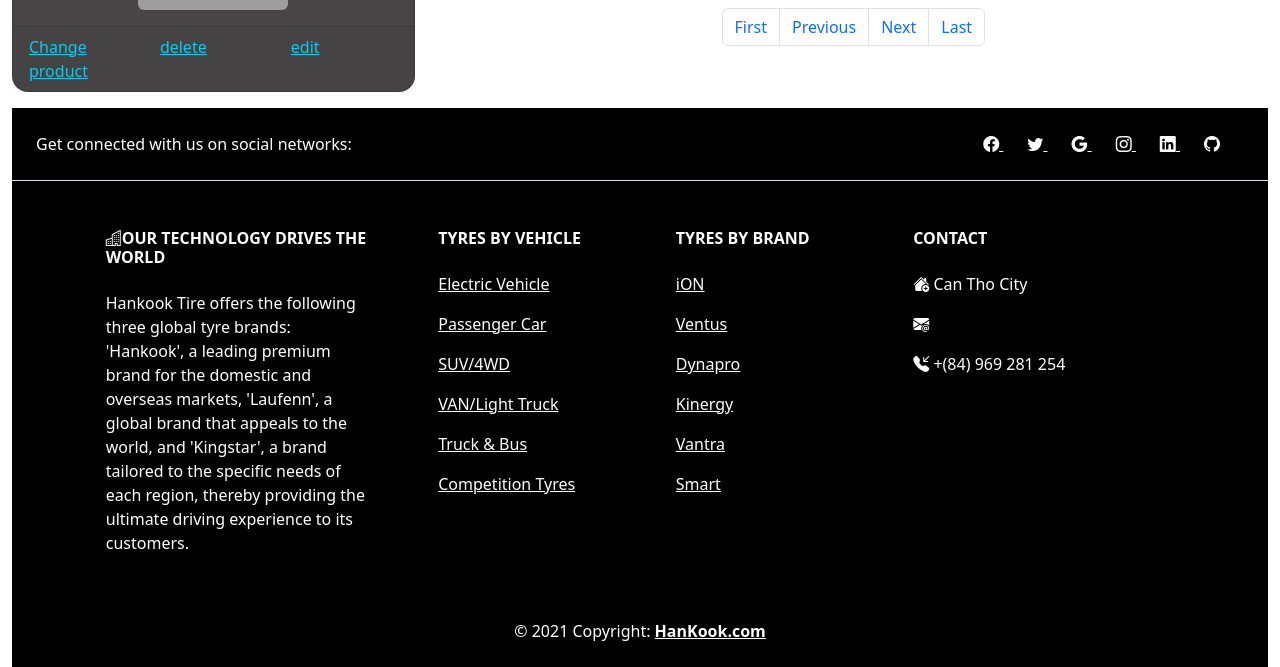
Repository: TrungAug/JAVA4
Page: myWeb/templates/editor.html
An editor plug-in stored every save of this project. The page is shown before and after the next save, followed by the edit.
The browser window is 1280 px wide. The pictures show the part of the page from y = 740 to 1407 px (the page is 1407 px tall).
Pictures or frames that could not be fetched are drawn as grey boxes. A picture or video elsewhere on the page could not be fetched, so the positions and the page height are approximate.

Above is the page before, as saved 2023-11-15 19:46:43.

### myWeb/templates/editor.html
<!DOCTYPE html>
<html lang="en">

<head>
    <meta charset="UTF-8">
    <meta name="viewport" content="width=device-width, initial-scale=1.0">
    <title>Java4</title>
    <link href="https://cdn.jsdelivr.net/npm/bootstrap@5.3.2/dist/css/bootstrap.min.css" rel="stylesheet"
        integrity="sha384-T3c6CoIi6uLrA9TneNEoa7RxnatzjcDSCmG1MXxSR1GAsXEV/Dwwykc2MPK8M2HN" crossorigin="anonymous">
    <link rel="stylesheet" href="https://cdn.jsdelivr.net/npm/bootstrap-icons@1.11.0/font/bootstrap-icons.css">
</head>

<body class="d-flex flex-column justify-content-between" style="height: 100vh;">
    <div class="container-fluid">
        <header>
            <div class="row">
                <div class="col-lg-4 col-md-4 col-sm-12">
                    <div class="myui-header__logo ">
                        <a class="home" href="/index.html" target="_self">
                            <img class="logo"
                                src="https://asset.hankooktire.com/content/dam/hankooktire/local/img/main/main-key-visual/pc/logo.svg"
                                alt="Hankook Tire">
                        </a>
                    </div>
                </div>
                <div class="col-lg-8 col-md-8 col-sm-12 d-flex">
                    <div class="myui-header__navbar">
                        <nav class="navbar navbar-expand-lg bg-body-tertiary">
                            <div class="container-fluid">
                                <a class="navbar-brand" href="#">Home</a>
                                <button class="navbar-toggler" type="button" data-bs-toggle="collapse"
                                    data-bs-target="#navbarSupportedContent" aria-controls="navbarSupportedContent"
                                    aria-expanded="false" aria-label="Toggle navigation">
                                    <span class="navbar-toggler-icon"></span>
                                </button>
                                <div class="collapse navbar-collapse" id="navbarSupportedContent">
                                    <ul class="navbar-nav me-auto mb-2 mb-lg-0">
                                        <li class="nav-item dropdown">
                                            <a class="nav-link dropdown-toggle" href="#" role="button"
                                                data-bs-toggle="dropdown" aria-expanded="false">
                                                Tyres
                                            </a>
                                            <ul class="dropdown-menu">
                                                <li><a class="dropdown-item" href="#">Electric Vehicle</a></li>
                                                <li><a class="dropdown-item" href="#">Passenger Car</a></li>
                                                <li><a class="dropdown-item" href="#">SUV/4WD</a></li>
                                                <li><a class="dropdown-item" href="#">VAN/Light Truck</a></li>
                                                <li><a class="dropdown-item" href="#">Truck & Bus</a></li>
                                                <li><a class="dropdown-item" href="#">Competition Tyres</a></li>
                                                <li>
                                                    <hr class="dropdown-divider">
                                                </li>
                                                <li><a class="dropdown-item" href="#">Something else here</a></li>
                                            </ul>
                                        </li>
                                        <li class="nav-item">
                                            <a class="nav-link" href="#">Promotion</a>
                                        </li>
                                        <li class="nav-item">
                                            <a class="nav-link" aria-current="page" href="#">Help & Support</a>
                                        </li>
                                        <li class="nav-item dropdown">
                                            <a class="nav-link dropdown-toggle" href="#" role="button"
                                                data-bs-toggle="dropdown" aria-expanded="false">
                                                Account
                                            </a>
                                            <ul class="dropdown-menu">
                                                <li><a class="dropdown-item" href="/templates/updateaccout.html">Update
                                                        Account</a></li>
                                                <li><a class="dropdown-item" href="/templates/forgetpass.html">Forget
                                                        Password</a></li>
                                                <li>
                                                    <hr class="dropdown-divider">
                                                </li>
                                                <li><a class="dropdown-item" href="/templates/signin.html">Sign in</a>
                                                </li>
                                                <li><a class="dropdown-item" href="/templates/signup.html">Sign up</a>
                                                </li>
                                            </ul>
                                        </li>
                                    </ul>
                                </div>
                            </div>
                        </nav>
                    </div>
                </div>
            </div>
            <div class="myui-header__search">
                <form class="d-flex" role="search">
                    <input class="form-control me-2" type="search" placeholder="Search" aria-label="Search">
                    <button class="btn btn-outline-success" type="submit">Search</button>
                </form>
            </div>
        </header>
        <main class="main">
            <section>
                <h1>ADMIN</h1>
            </section>
            <div class="row">
                <div class="col-lg-4 col-md-4 col-sm-12" id="sidebar-login-n-categories">
                    <div id="editor_product" class="mb-3 text-white">
                        <div class="card shadow-2-strong"
                            style="border-radius: 1rem;background-color: #474545;color: #fff;">
                            <div class="card-body p-2 text-center">
                                <h3 class="mb-4">PRODUCT DETAILS</h3>
                                <table class="table table-danger text-start">
                                    <tbody>
                                        <tr>
                                            <th>Name: </th>
                                            <td>Mark</td>
                                        </tr>
                                        <tr>
                                            <th>Tyre:</th>
                                            <td>Jacob</td>
                                        </tr>
                                        <tr>
                                            <th>Description: </th>
                                            <td>@twitter</td>
                                        </tr>
                                    </tbody>
                                </table>
                                <div class="row">
                                    <!-- lặp hình trong dtb ra 3 hình -->
                                    <div class="col img-prod">
                                        <img src="https://asset.hankooktire.com/content/dam/hankooktire/eu/product/ion/ih01a/KV%20thumb(IH01)1.png"
                                            class="figure-img img-fluid rounded" alt="..."
                                            style="width: 150px;height: 150px;">
                                    </div>
                                </div>
                            </div>
                            <div class="card-footer">
                                <div class="row d-flex justify-content-end">
                                    <div class="col">
                                        <a class="text-info" href="">Change product</a>
                                    </div>
                                    <div class="col">
                                        <a class="text-info" href="">delete</a>
                                    </div>
                                    <div class="col">
                                        <a class="text-info" href="">edit</a>
                                    </div>
                                </div>
                            </div>
                        </div>
                    </div>
                </div>
                <div class="col-lg-8 col-md-8 col-sm-12" id="productsContainer">
                    <div class="box-content mt-3">
                        <div class="row">
                            <div class="col-lg-3 col-md-4 col-sm-12 mb-3">
                                <div class="card d-flex flex-column h-100">
                                    <a href="#">
                                        <img src="https://asset.hankooktire.com/content/dam/hankooktire/eu/product/tire_list/suv/IH01A_normal.png"
                                            alt="" class="card-img-top img-thumbnail" data-bs-toggle="tooltip"
                                            data-bs-placement="right">
                                    </a>
                                    <div class="card-body">
                                        <h5 class="card-title">iON evo AS SUV</h5>
                                        <p class="card-text font_caption_lg desc">EVolutionised to perform and last</p>
                                    </div>
                                    <div class="card-footer d-flex align-items-center">
                                        <div class="me-4">
                                            <a href="" class="text-reset text-decoration-none">
                                                <i class="bi bi-suit-heart"></i>
                                                <span>2.099</span>
                                            </a>
                                        </div>
                                        <div class="me-4">
                                            <a href="" class="text-reset text-decoration-none">
                                                <i class="bi bi-share"></i>
                                                <span>1.099</span>
                                            </a>
                                        </div>
                                        <div class="me-4">
                                            <a href="" class="text-reset text-decoration-none">
                                                <i class="bi bi-cart-check"></i>
                                                <span>7.099</span>
                                            </a>
                                        </div>
                                    </div>
                                </div>
                            </div>
                        </div>
                        <nav aria-label="Page navigation example" id="paginationF99">
                            <ul class="pagination justify-content-center">
                                <li class="page-item"><a class="page-link" href="">First</a></li>
                                <li class="page-item"><a class="page-link" href="">Previous</a></li>
                                <li class="page-item"><a class="page-link" href="">Next</a>
                                </li>
                                <li class="page-item"><a class="page-link" href="">Last</a>
                                </li>
                            </ul>
                        </nav>
                    </div>
                </div>
            </div>
        </main>
        <footer style="background-color: #000; color: #fff;" class="text-center text-lg-start">
            <!-- Section: Social media -->
            <section class="d-flex justify-content-center justify-content-lg-between p-4 border-bottom">
                <!-- Left -->
                <div class="me-5 d-none d-lg-block">
                    <span>Get connected with us on social networks:</span>
                </div>
                <!-- Left -->

                <!-- Right -->
                <div>
                    <a href="" class="me-4 text-reset">
                        <i class="bi bi-facebook"></i>
                    </a>
                    <a href="" class="me-4 text-reset">
                        <i class="bi bi-twitter"></i>
                    </a>
                    <a href="" class="me-4 text-reset">
                        <i class="bi bi-google"></i>
                    </a>
                    <a href="" class="me-4 text-reset">
                        <i class="bi bi-instagram"></i>
                    </a>
                    <a href="" class="me-4 text-reset">
                        <i class="bi bi-linkedin"></i>
                    </a>
                    <a href="" class="me-4 text-reset">
                        <i class="bi bi-github"></i>
                    </a>
                </div>
                <!-- Right -->
            </section>
            <!-- Section: Social media -->

            <!-- Section: Links  -->
            <section class="">
                <div class="container text-center text-md-start mt-5">
                    <!-- Grid row -->
                    <div class="row mt-3">
                        <!-- Grid column -->
                        <div class="col-md-3 col-lg-4 col-xl-3 mx-auto mb-4">
                            <!-- Content -->
                            <h6 class="text-uppercase fw-bold mb-4">
                                <i class="bi bi-buildings"></i>Our technology drives the world
                            </h6>
                            <p>
                                Hankook Tire offers the following three global tyre brands: 'Hankook', a leading premium
                                brand for the domestic and overseas markets, 'Laufenn', a global brand that appeals to
                                the world, and 'Kingstar', a brand tailored to the specific needs of each region,
                                thereby providing the ultimate driving experience to its customers.
                            </p>
                        </div>
                        <!-- Grid column -->

                        <!-- Grid column -->
                        <div class="col-md-2 col-lg-2 col-xl-2 mx-auto mb-4">
                            <!-- Links -->
                            <h6 class="text-uppercase fw-bold mb-4">
                                Tyres by Vehicle
                            </h6>
                            <p>
                                <a href="#!" class="text-reset">Electric Vehicle</a>
                            </p>
                            <p>
                                <a href="#!" class="text-reset">Passenger Car</a>
                            </p>
                            <p>
                                <a href="#!" class="text-reset">SUV/4WD</a>
                            </p>
                            <p>
                                <a href="#!" class="text-reset">VAN/Light Truck</a>
                            </p>
                            <p>
                                <a href="#!" class="text-reset">Truck & Bus</a>
                            </p>
                            <p>
                                <a href="#!" class="text-reset">Competition Tyres</a>
                            </p>
                        </div>
                        <!-- Grid column -->

                        <!-- Grid column -->
                        <div class="col-md-3 col-lg-2 col-xl-2 mx-auto mb-4">
                            <!-- Links -->
                            <h6 class="text-uppercase fw-bold mb-4">
                                Tyres by Brand
                            </h6>
                            <p>
                                <a href="#!" class="text-reset">iON</a>
                            </p>
                            <p>
                                <a href="#!" class="text-reset">Ventus</a>
                            </p>
                            <p>
                                <a href="#!" class="text-reset">Dynapro</a>
                            </p>
                            <p>
                                <a href="#!" class="text-reset">Kinergy</a>
                            </p>
                            <p>
                                <a href="#!" class="text-reset">Vantra</a>
                            </p>
                            <p>
                                <a href="#!" class="text-reset">Smart</a>
                            </p>
                        </div>
                        <!-- Grid column -->

                        <!-- Grid column -->
                        <div class="col-md-4 col-lg-3 col-xl-3 mx-auto mb-md-0 mb-4">
                            <!-- Links -->
                            <h6 class="text-uppercase fw-bold mb-4">Contact</h6>
                            <p><i class="bi bi-house-add-fill"></i> Can Tho City</p>
                            <p>
                                <i class="bi bi-envelope-at-fill"></i>
                            </p>
                            <p><i class="bi bi-telephone-inbound-fill"></i> +(84) 969 281 254</p>
                        </div>
                        <!-- Grid column -->
                    </div>
                    <!-- Grid row -->
                </div>
            </section>
            <!-- Section: Links  -->

            <!-- Copyright -->
            <div class="text-center p-4" style="background-color: rgba(0, 0, 0, 0.05);">
                © 2021 Copyright:
                <a class="text-reset fw-bold" href="#">HanKook.com</a>
            </div>
            <!-- Copyright -->
        </footer>
    </div>


    <script src="https://cdn.jsdelivr.net/npm/bootstrap@5.3.1/dist/js/bootstrap.bundle.min.js"></script>
</body>

</html>

After the next save:
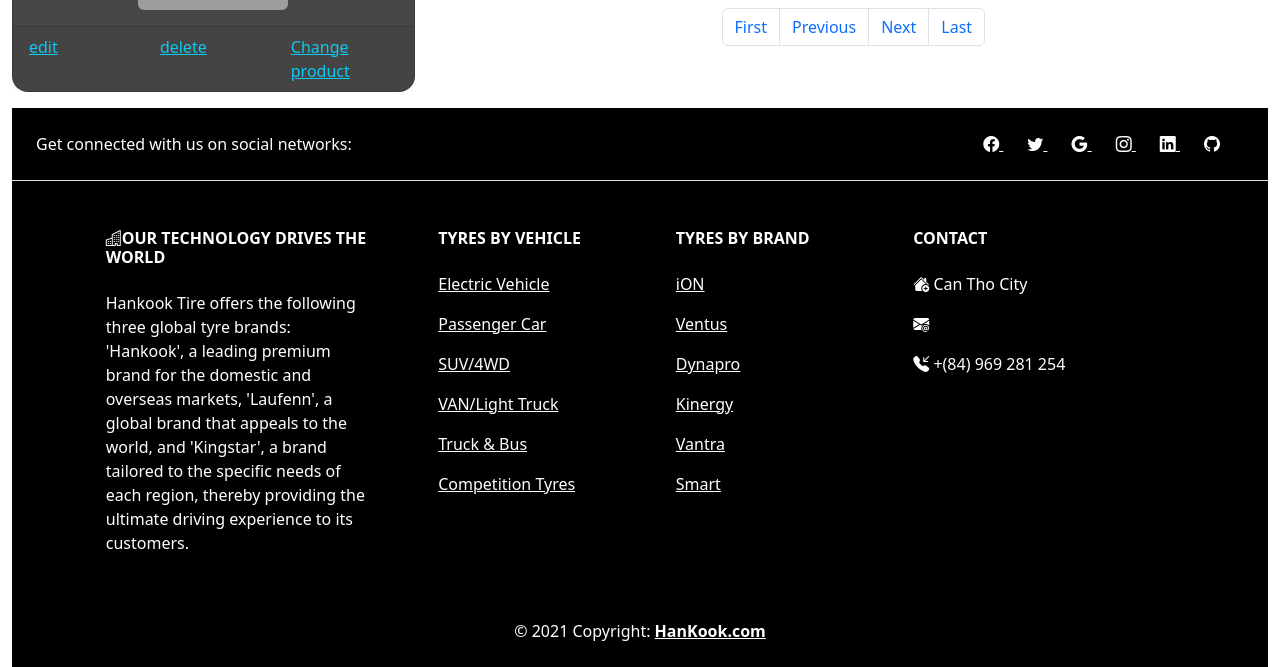
Saved 8 s later.
--- a/myWeb/templates/editor.html
+++ b/myWeb/templates/editor.html
@@ -129,7 +129,7 @@
                                 </div>
                             </div>
                             <div class="card-footer">
-                                <div class="row d-flex justify-content-end">
+                                <div class="row d-flex flex-row-reverse bd-highlight">
                                     <div class="col">
                                         <a class="text-info" href="">Change product</a>
                                     </div>
